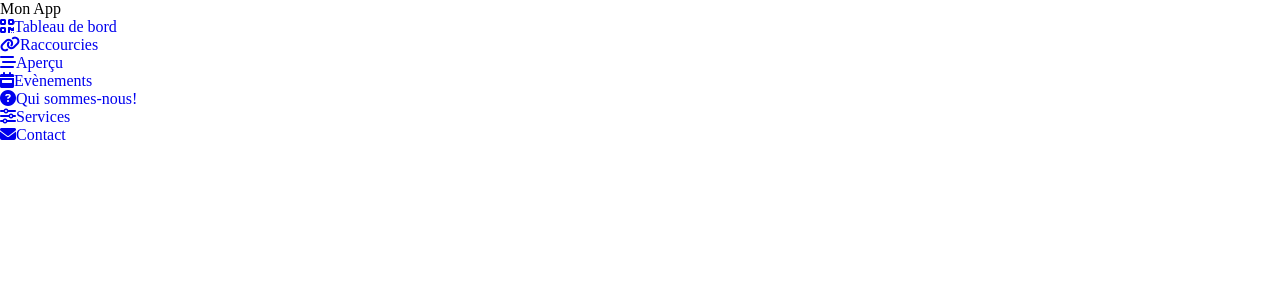
Repository: Alex-Serky/Dossier-Nav
Page: Nav-Sidebar/index.html
These files come from the project's save history. The page is drawn as it stood at one moment and after the next save; the edit follows.
The browser window is 1280 px wide. The pictures show the whole page.
Some web libraries are served in a nearby version.

Above is the page before, as saved 2020-02-21 09:14:22.

After the next save:
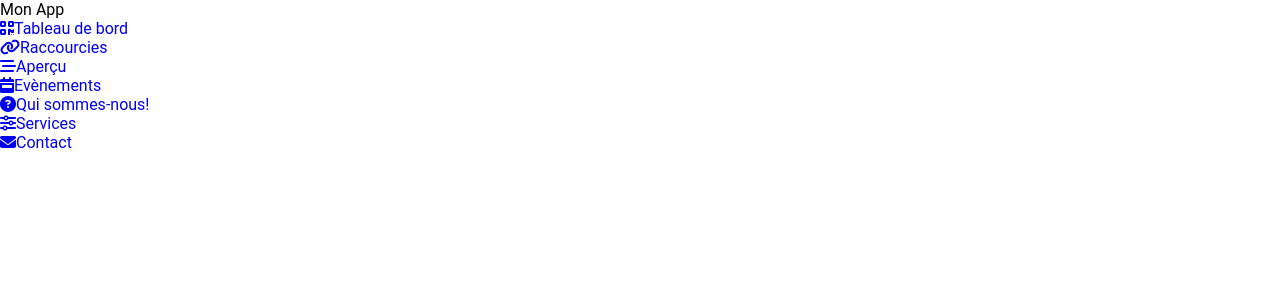
Saved 20 s later.
--- a/Nav-Sidebar/style.css
+++ b/Nav-Sidebar/style.css
@@ -1,4 +1,6 @@
-@import url('https://fonts.googleapis.com/') body {
+@import url('https://fonts.googleapis.com/');
+
+body {
   font-family: 'Roboto', sans-serif;
 }
 
